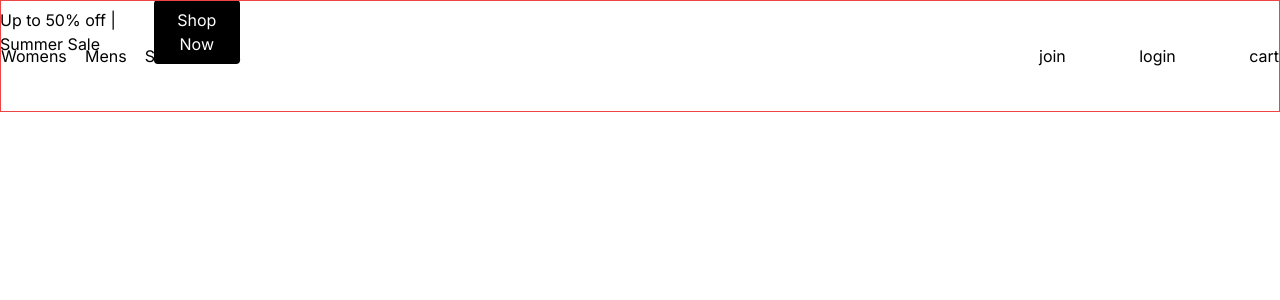
Repository: harrywebb21/stil-clothing
Page: /
An editor plug-in stored every save of this project. The page is shown before and after the next save, followed by the edit.
The browser window is 1280 px wide. The pictures show the whole page.
The project was rebuilt for these pictures with package versions that can differ from the ones it lists, and the page was loaded fresh each time. The framework's server and built-in components were replaced by stand-ins that run in the browser. Also part of the build but not shown: next.config.js.

Above is the page before, as saved 2023-06-08 15:53:00.

### src/app/page.js
"use client";
import Image from "next/image";
import Navbar from "./components/Navbar";
import SaleBox from "./components/SaleBox";

export default function Home() {
  return (
    <div>
      <Navbar />
      <SaleBox />
    </div>
  );
}

### src/app/components/Navbar.js
export default function Navbar() {
  return (
    <div className=" border border-red-500 h-28 flex justify-between items-center fixed w-screen">
      <ul className=" flex justify-between w-60">
        <li>
          <a href="/womens">Womens</a>
        </li>
        <li>
          <a href="/mens">Mens</a>
        </li>
        <li>
          <a href="/sale">Sale</a>
        </li>
        <li>
          <a href="/jeans">Jeans</a>
        </li>
      </ul>

      <ul className="flex justify-between w-60">
        <li>
          <a href="/join">join</a>
        </li>
        <li>
          <a href="/login">login</a>
        </li>
        <li>
          <a href="/cart">cart</a>
        </li>
      </ul>
    </div>
  );
}

### src/app/components/SaleBox.js
export default function SaleBox() {
  return (
    <div className="flex justify-between items-center w-60">
      <h1> Up to 50% off | Summer Sale</h1>
      <button className="bg-black text-white px-4 py-2 rounded">
        Shop Now
      </button>
    </div>
  );
}

Loaded but not shown: src/app/layout.js (common file); src/app/globals.css (common file); tailwind.config.js (common file)

After the next save:
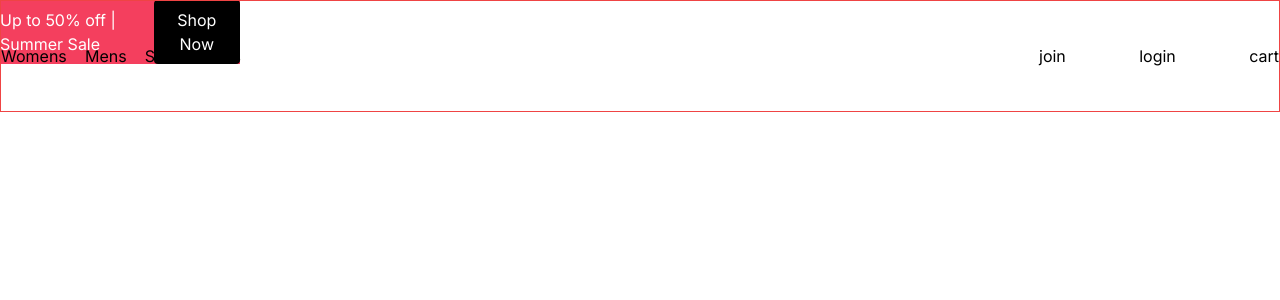
Saved 28 s later.
--- a/src/app/components/SaleBox.js
+++ b/src/app/components/SaleBox.js
@@ -1,6 +1,6 @@
 export default function SaleBox() {
   return (
-    <div className="flex justify-between items-center w-60">
+    <div className="flex justify-between items-center w-60 bg-rose-500 text-white">
       <h1> Up to 50% off | Summer Sale</h1>
       <button className="bg-black text-white px-4 py-2 rounded">
         Shop Now
